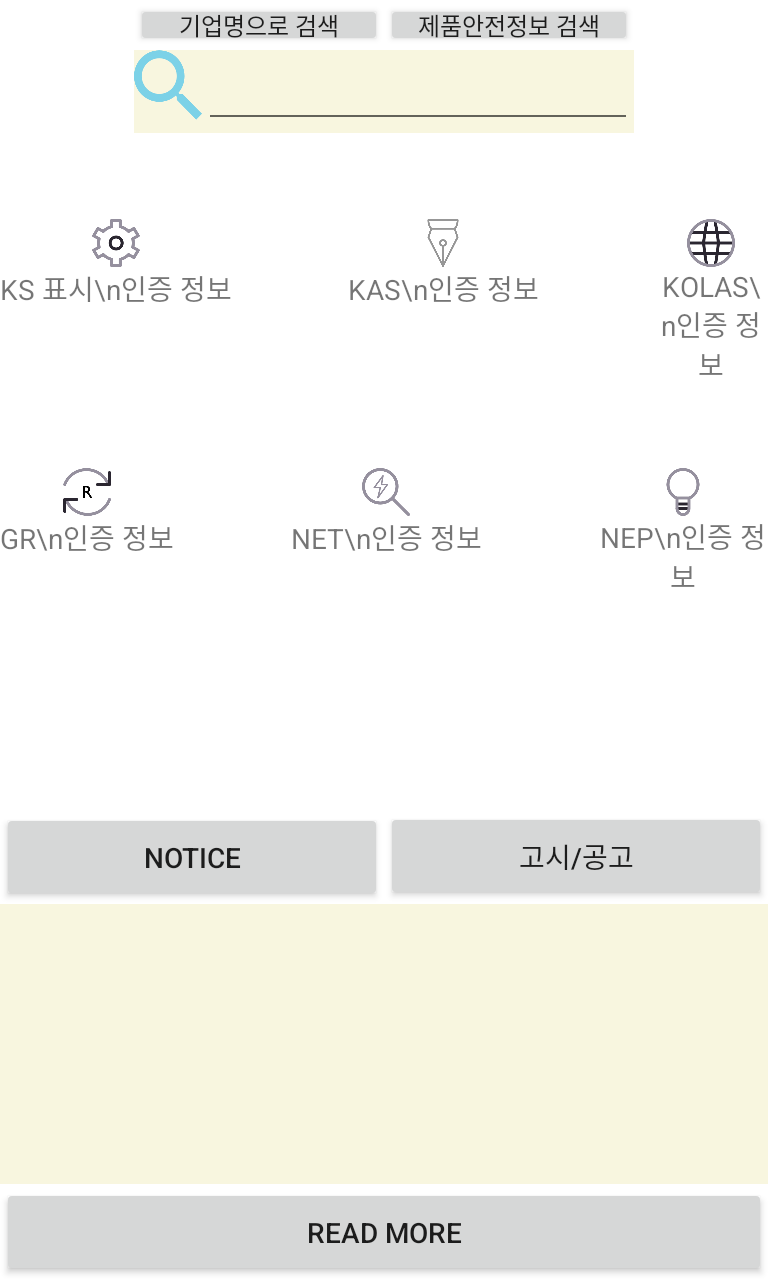
Repository: team-peony/ccfinder
Layout: android/CertifiedCompanyFinder/res/layout/fragment_main.xml
An editor plug-in stored every save of this project. The layout is shown before and after the next save, followed by the edit.
It is drawn on a 768 x 1280 px phone screen (xhdpi) without system bars, with theme AppTheme; the app's code is not run. Lists and similar views that code fills are empty.

Above is the layout before, as saved 2015-02-19 17:12:07.

After the next save:
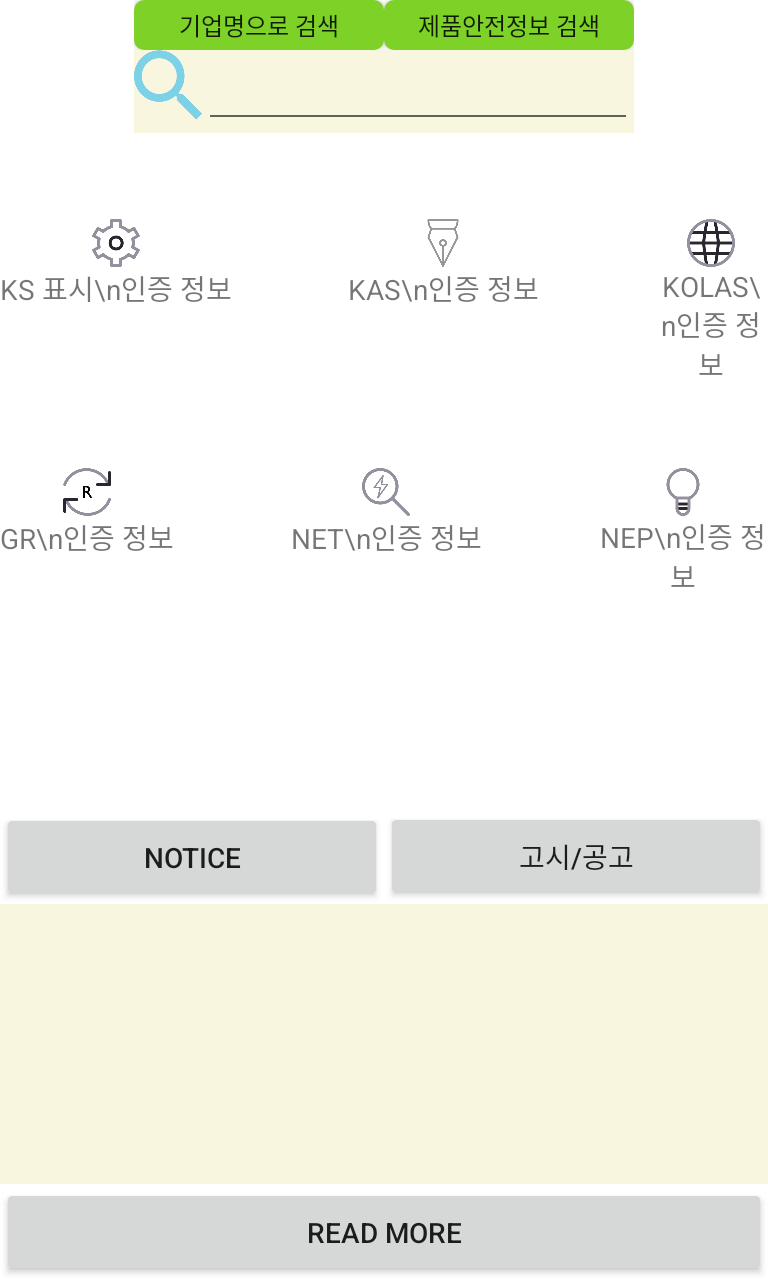
Saved 43 s later.
--- a/android/CertifiedCompanyFinder/res/layout/fragment_main.xml
+++ b/android/CertifiedCompanyFinder/res/layout/fragment_main.xml
@@ -24,6 +24,7 @@
                 android:layout_weight="1"
                 android:padding="0dp"
                 android:textSize="12sp"
+                android:background="@drawable/search_type_selected"
                 android:text="기업명으로 검색"/>
 
             <Button
@@ -33,6 +34,7 @@
                 android:layout_weight="1"
                 android:padding="0dp"
                 android:textSize="12sp"
+                android:background="@drawable/search_type_unselected"
                 android:text="제품안전정보 검색"/>
 
         </LinearLayout>
